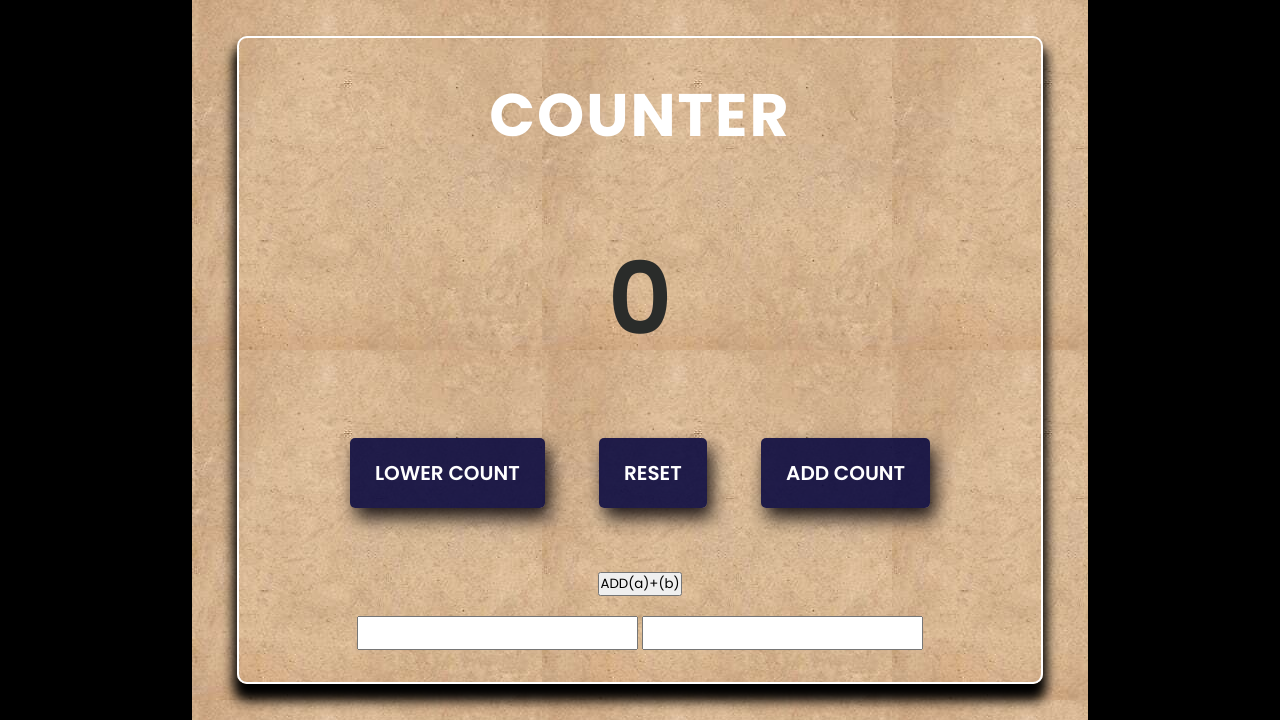
Repository: ArusyakAghajanyan/Counter
Page: index.html
An editor plug-in stored every save of this project. The page is shown before and after the next save, followed by the edit.
The browser window is 1280 px wide. The pictures show the whole page.

Above is the page before, as saved 2022-02-15 00:54:03.

After the next save:
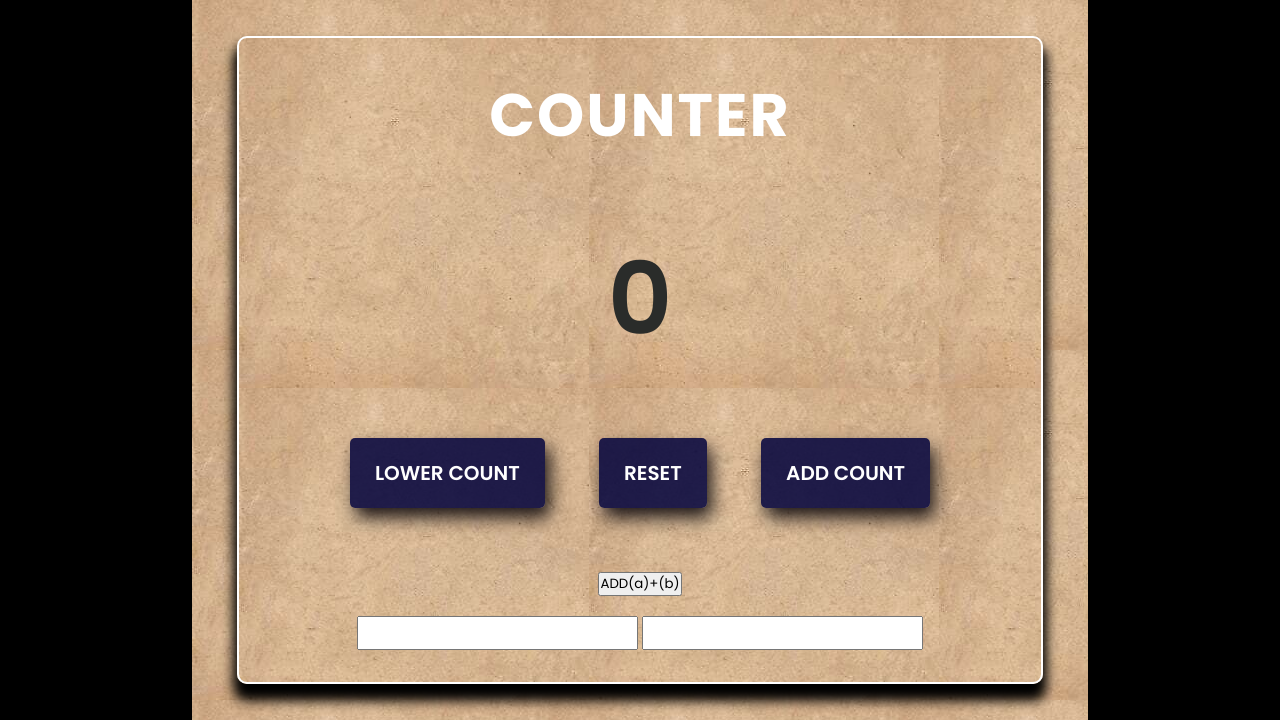
Saved 8 s later.
--- a/style.css
+++ b/style.css
@@ -27,7 +27,7 @@
 }
 
 .main {
-    background-image: url(./image/Caesar-Materica-Ocra-Grip-225x453-cm-AFU6-Casa39.jpg)
+    background-image: url(./image/Caesar-Materica-Ocra-Grip-225x453-cm-AFU6-Casa39.jpg);
     position: relative;
     width: 90%;
     height: 90%;
